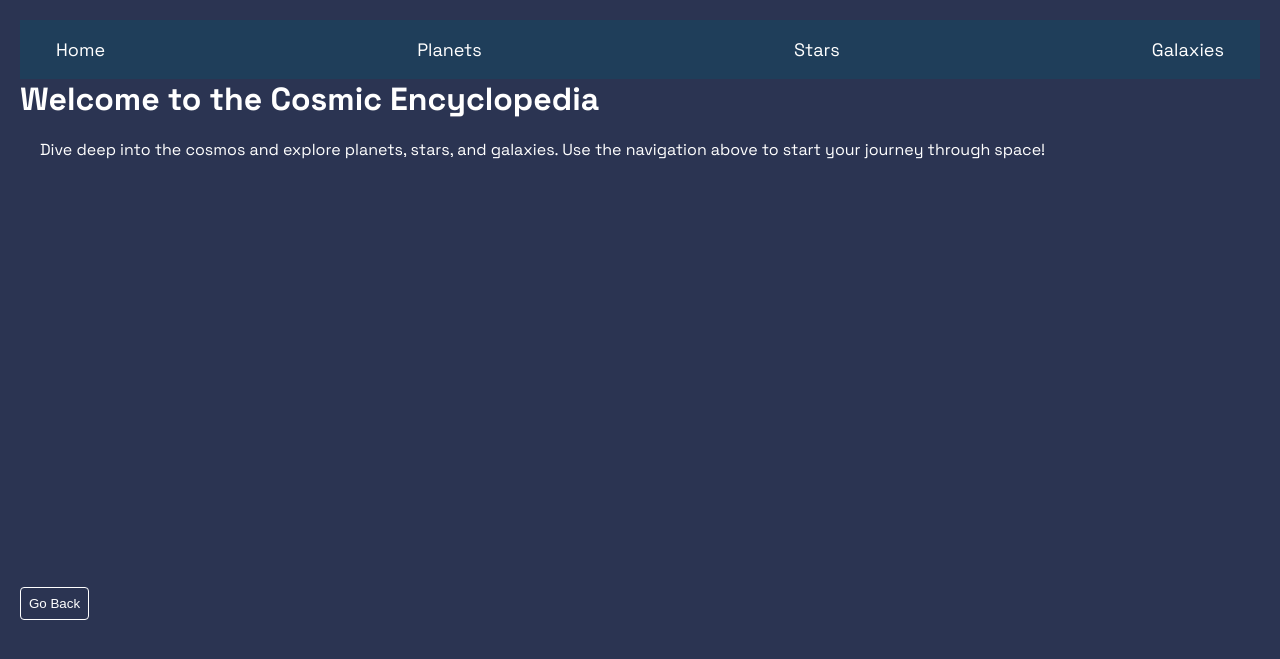
Repository: rmdayberry/Cosmic-Encyclopedia
Page: /
An editor plug-in stored every save of this project. The page is shown before and after the next save, followed by the edit.
The browser window is 1280 px wide. The pictures show the whole page.
The project was rebuilt for these pictures with package versions that can differ from the ones it lists, and the page was loaded fresh each time. Also part of the build but not shown: vite.config.js, src/data/celestialData.js, src/pages/ContentPage.jsx.

Above is the page before, as saved 2024-08-31 16:09:45.

After the next save:
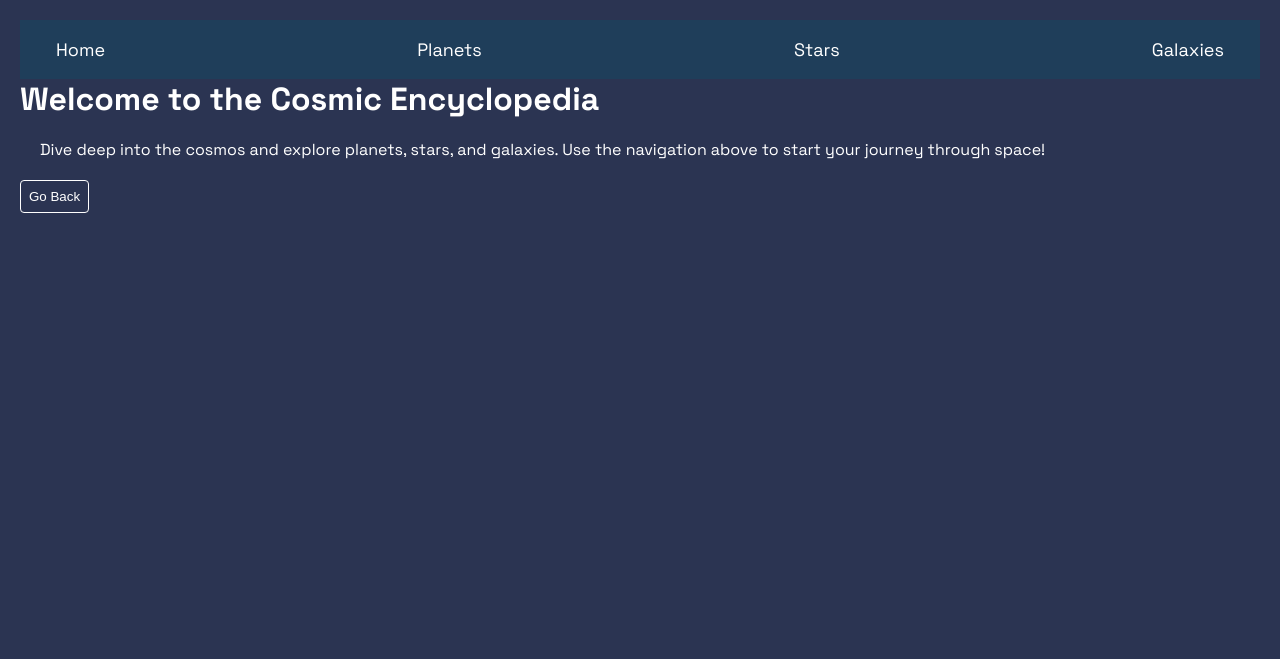
Saved 8 s later.
--- a/src/index.css
+++ b/src/index.css
@@ -51,9 +51,6 @@ button {
 }
 
 .backBtn {
-  position: absolute;
-  bottom: 100px;
-  left: 20px;
   background-color: var(--secondary);
   transition: color 0.3s;
 }
